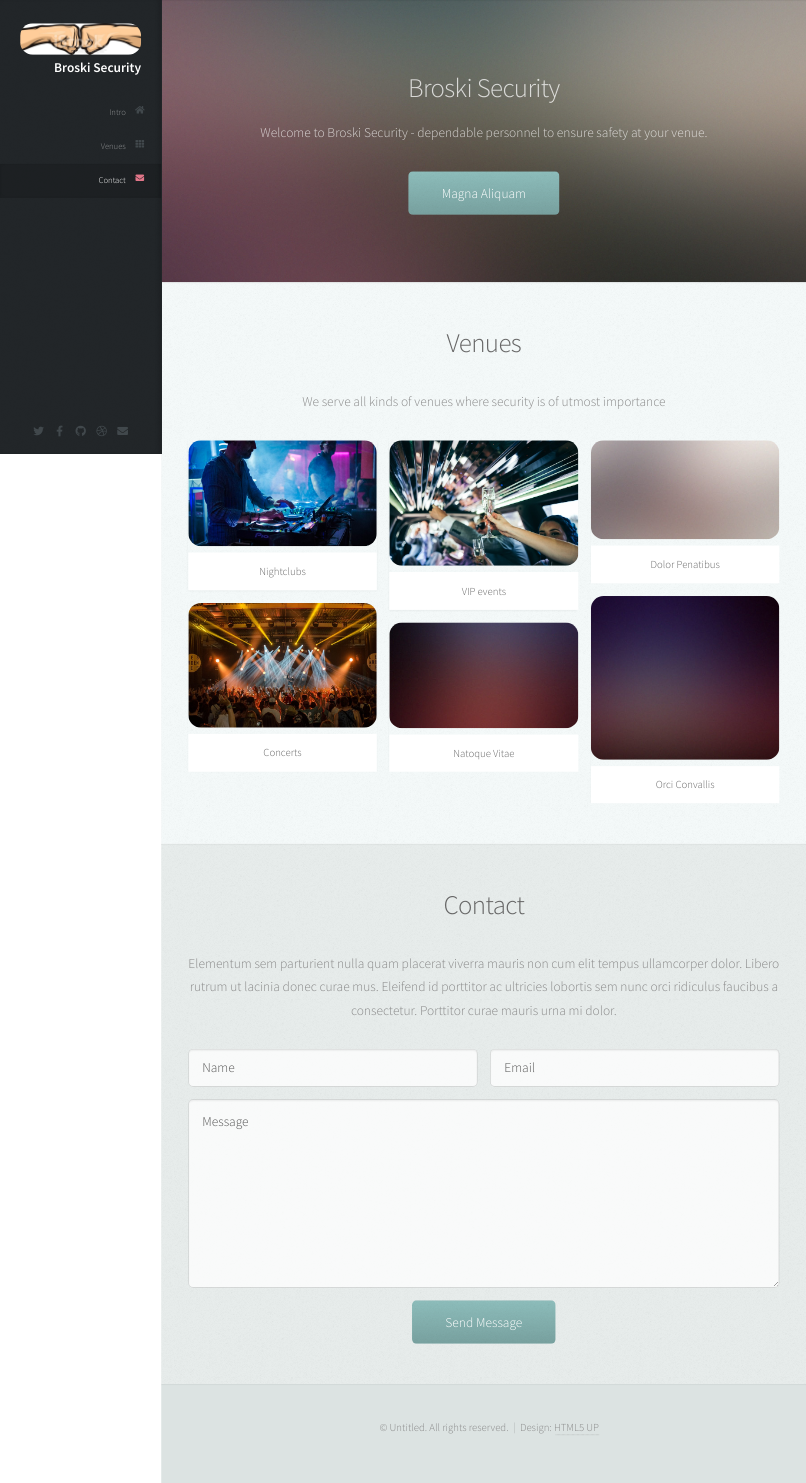
Repository: fiedore/fiedore.github.io
Page: index.html
An editor plug-in stored every save of this project. The page is shown before and after the next save, followed by the edit.
The browser window is 1280 px wide. The pictures show the whole page, at 63% of full size.

Above is the page before, as saved 2025-06-03 09:16:04.

After the next save:
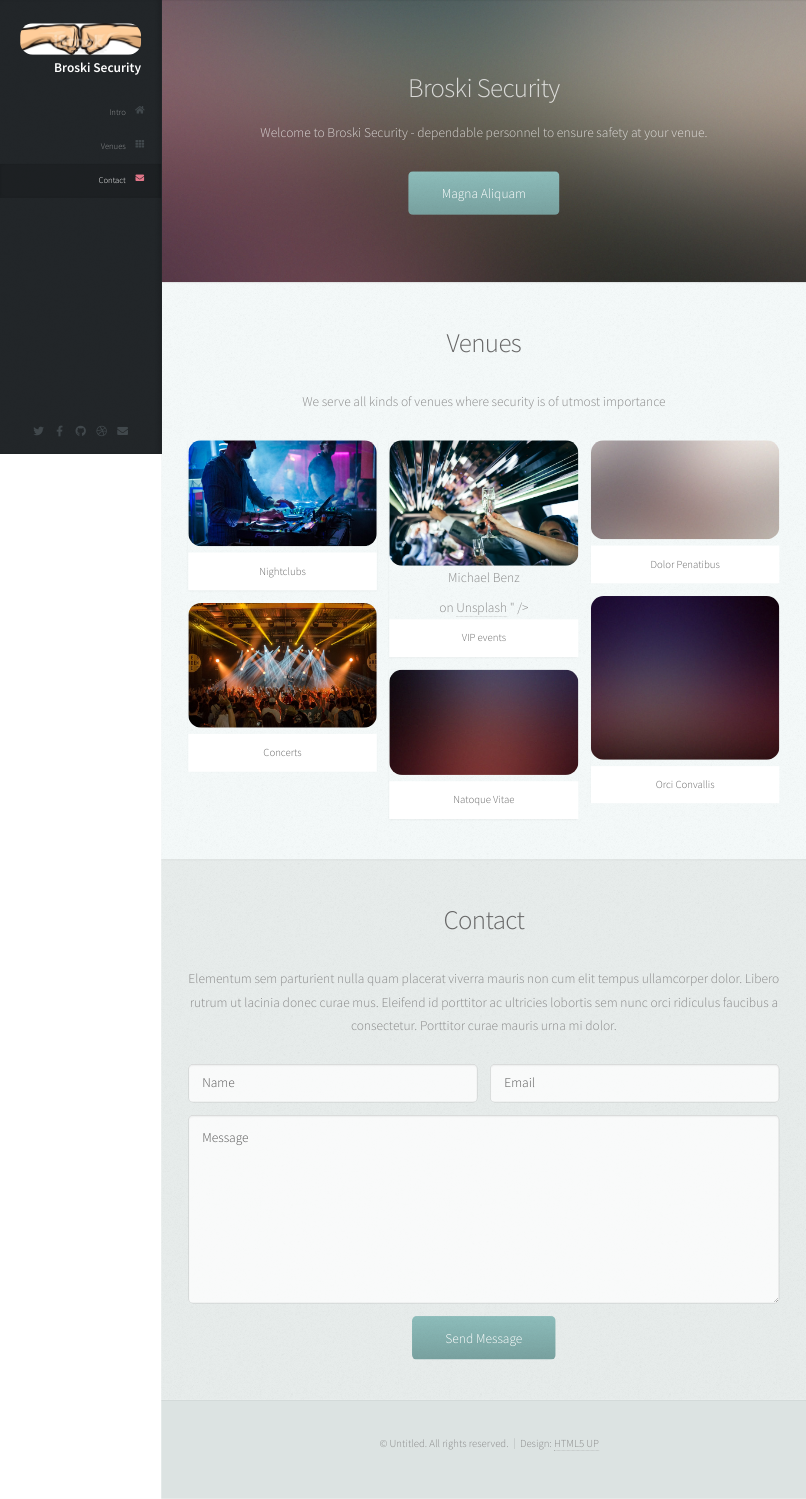
Saved 8 s later.
--- a/index.html
+++ b/index.html
@@ -97,7 +97,8 @@
 								</div>
 								<div class="col-4 col-12-mobile">
 									<article class="item">
-										<a href="#" class="image fit"><img src="images/vip.jpg" alt="" /></a>
+										<a href="#" class="image fit"><img src="images/vip.jpg" alt="Photo by <a href="https://unsplash.com/@michaelbenz?utm_content=creditCopyText&utm_medium=referral&utm_source=unsplash">Michael Benz</a> on <a href="https://unsplash.com/photos/person-holding-clear-wine-glass-eiJfBem7cPw?utm_content=creditCopyText&utm_medium=referral&utm_source=unsplash">Unsplash</a>
+      " /></a>
 										<header>
 											<h3>VIP events</h3>
 										</header>
